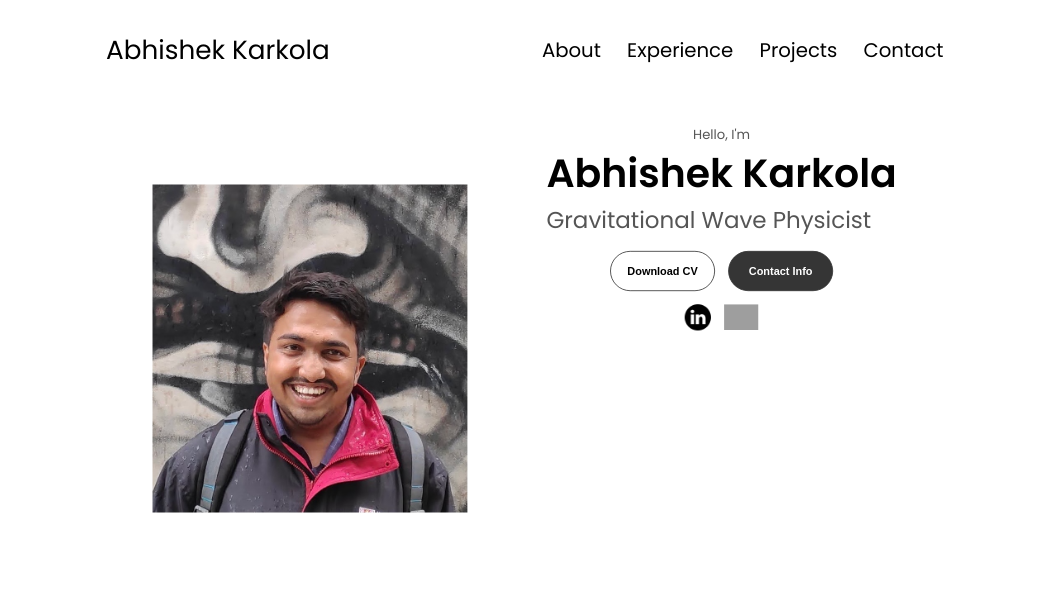
Repository: APersonalVoyage/APersonalVoyage.github.io
Page: index.html
These files come from the project's save history. The page is drawn as it stood at one moment and after the next save; the edit follows.
The browser window is 1280 px wide. The pictures show the whole page, at 82% of full size.
Pictures or frames that could not be fetched are drawn as grey boxes.

Above is the page before, as saved 2023-08-23 18:47:26.

After the next save:
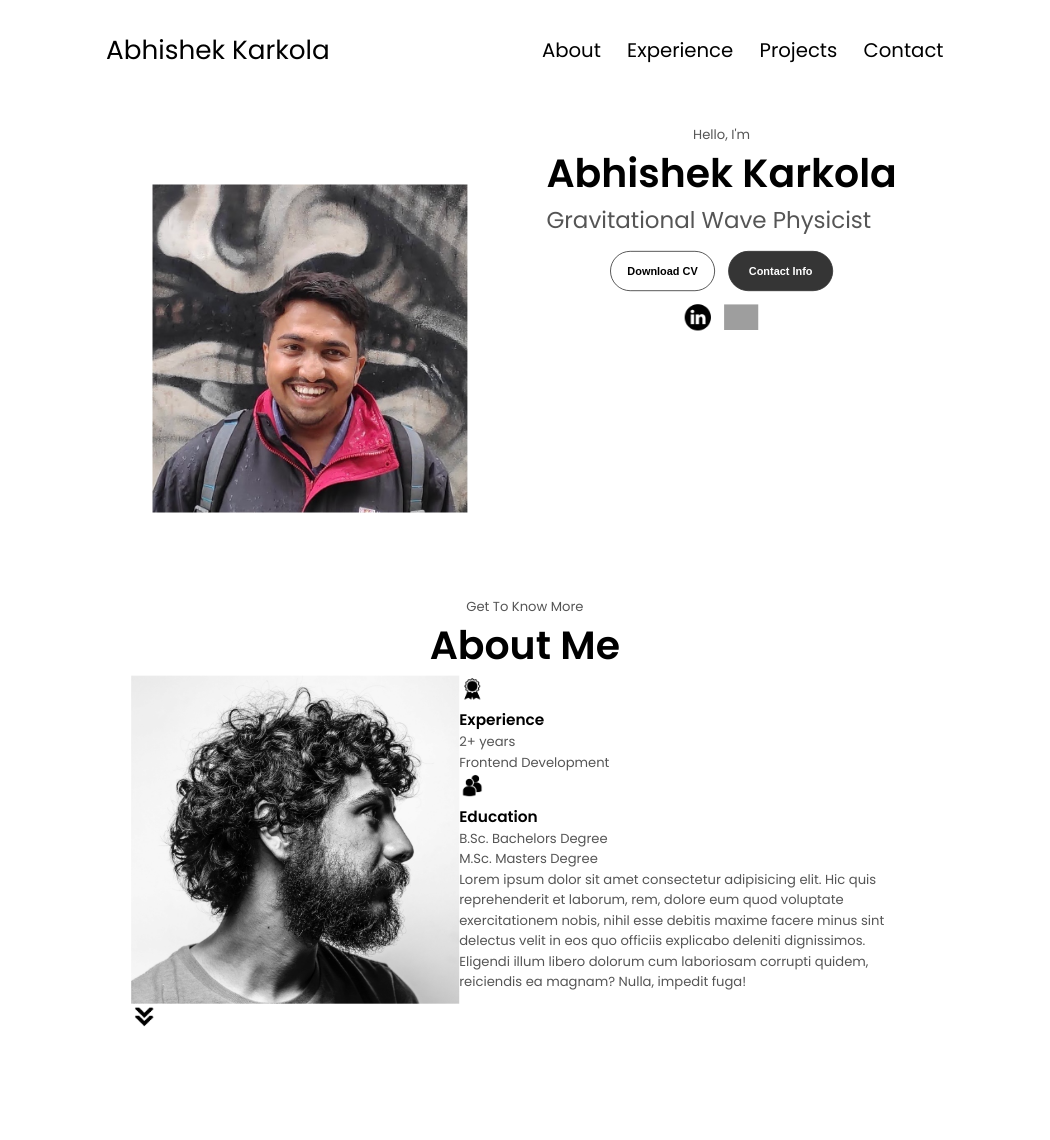
Saved 3 min 9 s later.
--- a/index.html
+++ b/index.html
@@ -74,6 +74,57 @@
 
         </div>
     </section>
+    <section id="about">
+        <p class="section__text__p1">Get To Know More</p>
+        <h1 class="title">About Me</h1>
+        <div class="section-container">
+          <div class="section__pic-container">
+            <img
+              src="./assets/about-pic.png"
+              alt="Profile picture"
+              class="about-pic"
+            />
+          </div>
+          <div class="about-details-container">
+            <div class="about-containers">
+              <div class="details-container">
+                <img
+                  src="./assets/experience.png"
+                  alt="Experience icon"
+                  class="icon"
+                />
+                <h3>Experience</h3>
+                <p>2+ years <br />Frontend Development</p>
+              </div>
+              <div class="details-container">
+                <img
+                  src="./assets/education.png"
+                  alt="Education icon"
+                  class="icon"
+                />
+                <h3>Education</h3>
+                <p>B.Sc. Bachelors Degree<br />M.Sc. Masters Degree</p>
+              </div>
+            </div>
+            <div class="text-container">
+              <p>
+                Lorem ipsum dolor sit amet consectetur adipisicing elit. Hic quis
+                reprehenderit et laborum, rem, dolore eum quod voluptate
+                exercitationem nobis, nihil esse debitis maxime facere minus sint
+                delectus velit in eos quo officiis explicabo deleniti dignissimos.
+                Eligendi illum libero dolorum cum laboriosam corrupti quidem,
+                reiciendis ea magnam? Nulla, impedit fuga!
+              </p>
+            </div>
+          </div>
+        </div>
+        <img
+          src="./assets/arrow.png"
+          alt="Arrow icon"
+          class="icon arrow"
+          onclick="location.href='./#experience'"
+        />
+      </section>
 
     <script src="script.js"></script>
   </body>
